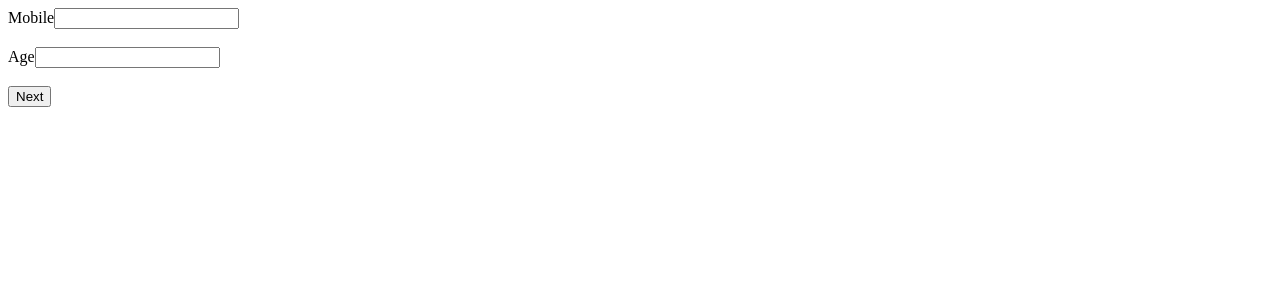
Repository: madhu124/Youtube-demo
Page: CustomerRegistration/WebContent/Index2.html
The author's editor kept a copy of each file at every save. The page is drawn from the files as they stood at one save, then again after the next save.
The browser window is 1280 px wide. The pictures show the whole page.

Above is the page before, as saved 2017-06-01 18:09:25.

### CustomerRegistration/WebContent/Index2.html
<!DOCTYPE html>
<html>
<head>
<meta charset="ISO-8859-1">
<title>Welcome</title>
</head>
<body>
<form action="Customer2" method="post">
Mobile<input type="number" name="phone"><br></br>
Age<input type="number" name="age"><br></br>
<input type="submit" value="Next"><br></br>
</form>
</body>

</html>

After the next save:
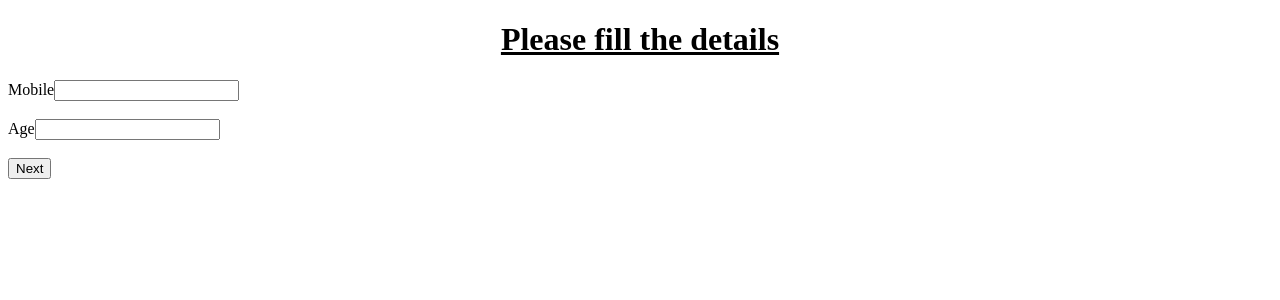
Saved 32 s later.
--- a/CustomerRegistration/WebContent/Index2.html
+++ b/CustomerRegistration/WebContent/Index2.html
@@ -5,6 +5,7 @@
 <title>Welcome</title>
 </head>
 <body>
+<center><h1><u>Please fill the details</u></h1></center>
 <form action="Customer2" method="post">
 Mobile<input type="number" name="phone"><br></br>
 Age<input type="number" name="age"><br></br>
